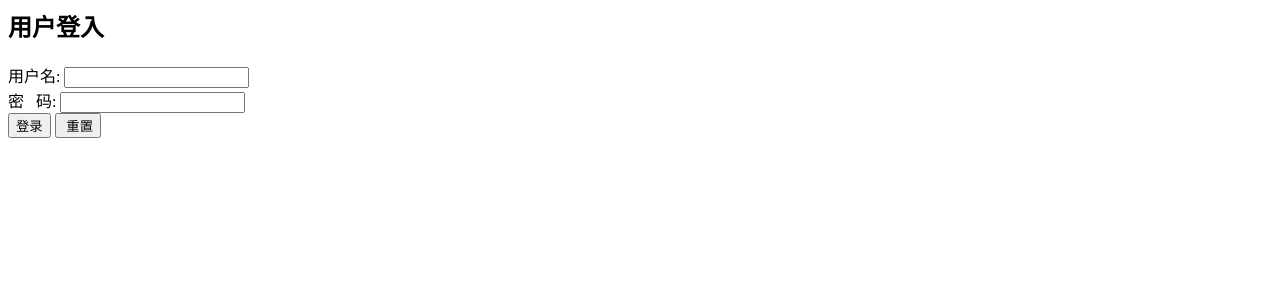
Repository: wikelgc/JSP
Page: http://localhost/chapter_four/
These files come from the project's save history. The page is drawn as it stood at one moment and after the next save; the edit follows.
The browser window is 1280 px wide. The pictures show the whole page.
The page is served by Tomcat 9. Other server files are loaded and not shown.

Above is the page before, as saved 2015-05-28 13:59:48.

### chapter_four/WebRoot/index.jsp
<%@page contentType="text/html; charset=UTF-8" language="java"%>
<html>
	<head>
	 	<h2>用户登入</h2>
	</head>
	<body>
		<form action=" doLogon.jsp">
			用户名:
			<input type = "text" name = "userName"><br>
			密&nbsp&nbsp&nbsp码:
			<input type = "password" name = "userPass"><br>

			<input type = "submit" value="登录">
			<input type = "reset" value=" 重置">
		</form>
	</body>
</html>

After the next save:
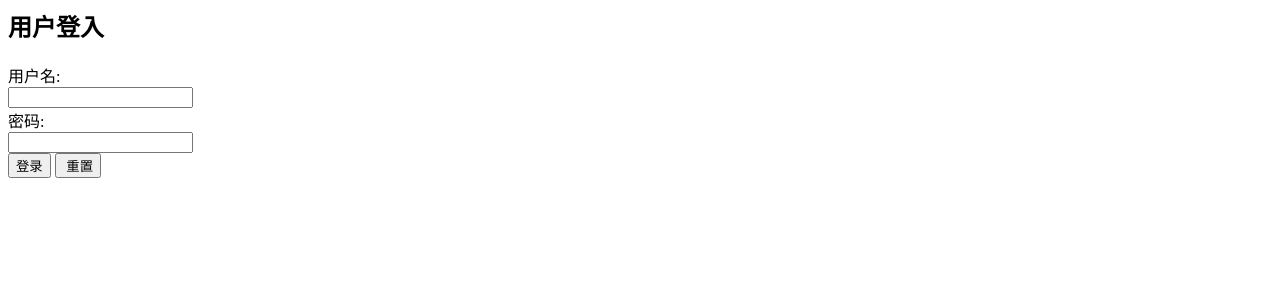
Saved 37 s later.
--- a/chapter_four/WebRoot/index.jsp
+++ b/chapter_four/WebRoot/index.jsp
@@ -5,9 +5,9 @@
 	</head>
 	<body>
 		<form action=" doLogon.jsp">
-			用户名:
+			用户名:<br>
 			<input type = "text" name = "userName"><br>
-			密&nbsp&nbsp&nbsp码:
+			密码:<br>
 			<input type = "password" name = "userPass"><br>
 
 			<input type = "submit" value="登录">
